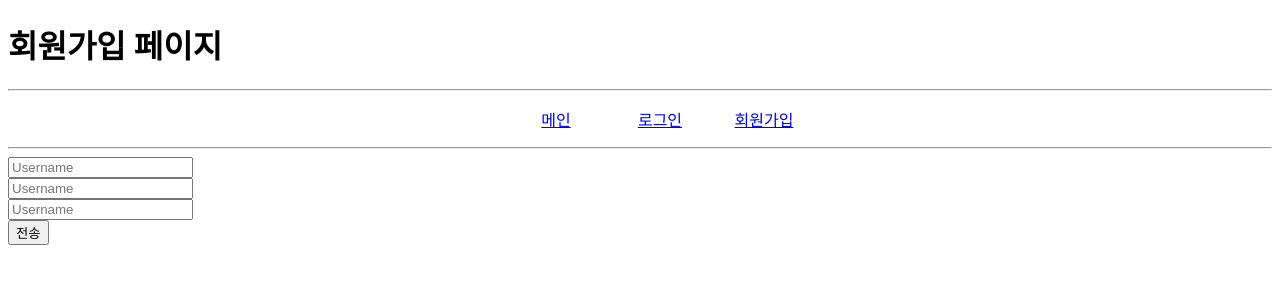
Repository: jaecheol0330/jsp-work
Page: http://localhost/cos/join.jsp
These files come from the project's save history. The page is drawn as it stood at one moment and after the next save; the edit follows.
The browser window is 1280 px wide. The pictures show the whole page.
The page is served by Tomcat 9.

Above is the page before, as saved 2020-08-22 06:28:15.

After the next save:
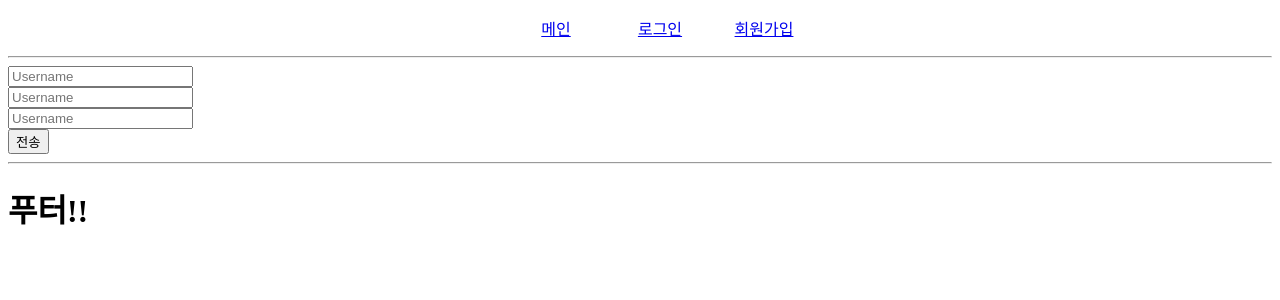
Saved 29 s later.
--- a/cos/WebContent/join.jsp
+++ b/cos/WebContent/join.jsp
@@ -1,29 +1,6 @@
 <%@ page language="java" contentType="text/html; charset=UTF-8"
     pageEncoding="UTF-8"%>
-<!DOCTYPE html>
-<html>
-<head>
-<meta charset="UTF-8">
-<title>Insert title here</title>
-<style>
-	ul{
-		text-align: center;
-	}
-	li {
-		display: inline-block;
-		width: 100px;
-	}
-</style>
-</head>
-<body>
-<h1>회원가입 페이지</h1>
-<hr/>
-<ul>
-	<li><a href="main.jsp">메인</a></li>
-	<li><a href="login.jsp">로그인</a></li>
-	<li><a href="join.jsp">회원가입</a></li>
-</ul>
-<hr/>
+<%@ include file="layout/header.jsp" %>
 <!-- form 태그는 데이터를 전송하기 위한 박스 -->
 <form action="joinProc.jsp"method="post">
 	<input type="text"name="username"placeholder="Username"/><br/>
@@ -32,5 +9,4 @@
 	<button>전송</button>
 </form>
 
-</body>
-</html>
+<%@ include file="layout/footer.jsp" %>
